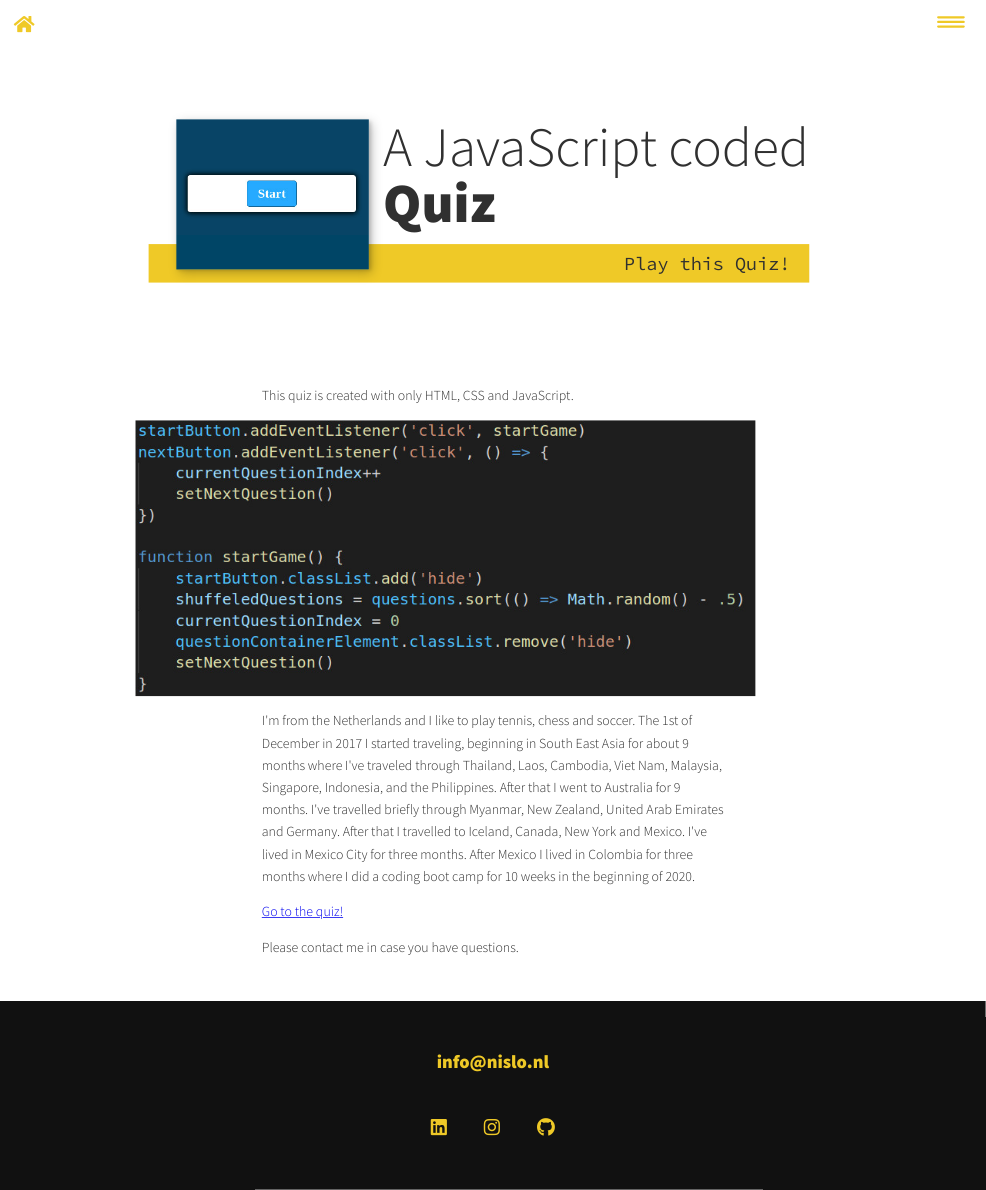
Repository: DaNiels89/portfolio
Page: portfolio-item-02.html
The author's editor kept a copy of each file at every save. The page is drawn from the files as they stood at one save, then again after the next save.
The browser window is 1280 px wide. The pictures show the whole page, at 77% of full size.
Some web libraries are served in a nearby version.

Above is the page before, as saved 2020-06-22 12:13:32.

After the next save:
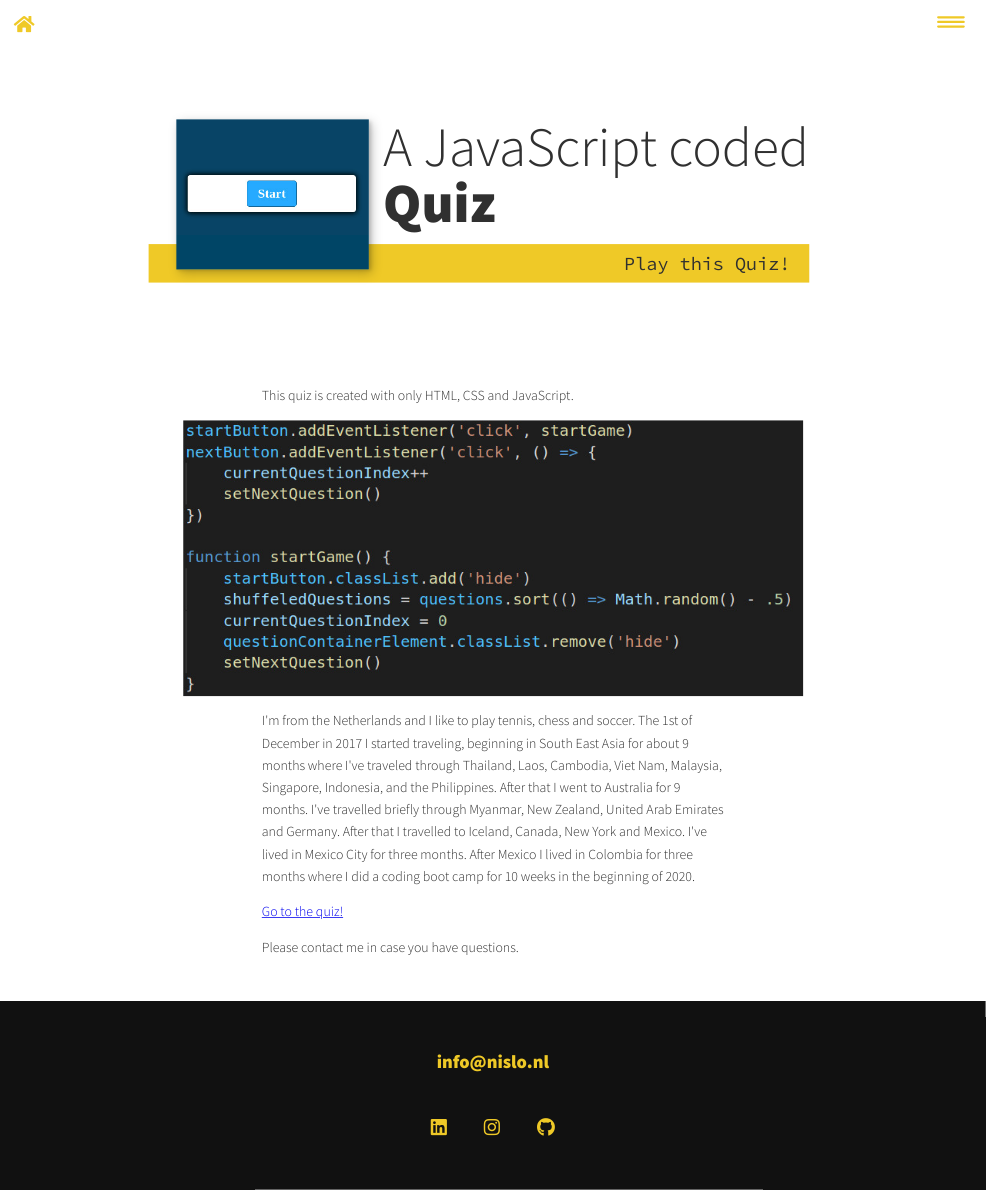
Saved 3 min 6 s later.
--- a/css/style.css
+++ b/css/style.css
@@ -495,6 +495,9 @@ header {
   #portfolio__img2 {
     transform: scale(1.1) translate(-10px, 15px)
   }
+}
+
+@media (min-width: 800px) {
   #quiz-code-img {
     margin: 0 auto;
   }
